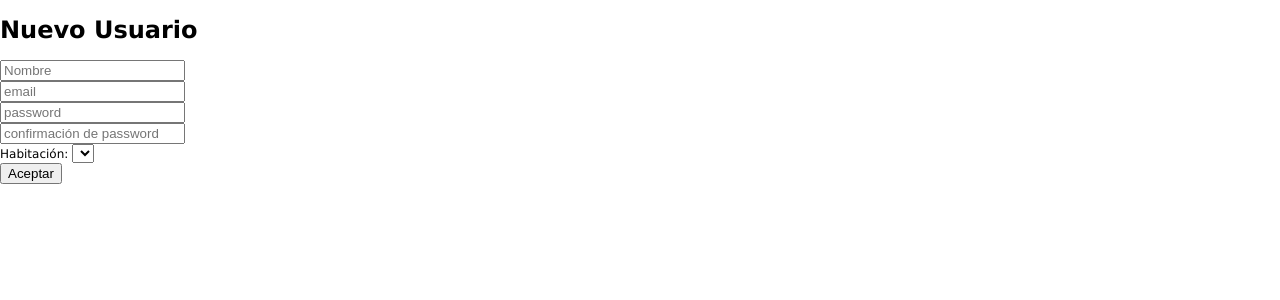
Repository: anagut/java-web
Page: http://localhost/HelloLogin/nuevousuario
These files come from the project's save history. The page is drawn as it stood at one moment and after the next save; the edit follows.
The browser window is 1280 px wide. The pictures show the whole page.
The page is served by Tomcat 9. Other server files are loaded and not shown.

Above is the page before, as saved 2018-11-15 13:50:19.

### HelloLogin/WebContent/nuevousuario.jsp
<%@ taglib uri="http://java.sun.com/jsp/jstl/core" prefix="c" %>

<%@ page language="java" contentType="text/html; charset=UTF-8"
    pageEncoding="UTF-8"%>
<!DOCTYPE html>
<html>
<head>
<meta charset="UTF-8">
<title>Nuevo Usuario</title>
<link rel="stylesheet" href="./css/style.css"></link>

</head>
<body>
	<h1>Nuevo Usuario</h1>
	<div class="error">${error}</div>
	<form action="" method="POST">
	<div>
	<input type="text" placeholder="Nombre" name="nombre" id="nombre" value="${newusuario.name}" required/>
	</div>
	<div>
	<input type="email" placeholder="email" name="email" id="email" value="${newusuario.email}"/>
	</div>
	<div>
	<input type="password" placeholder="password" name="password" id="password" required/>
	</div>
	<div>
	<input type="password" placeholder="confirmación de password" name="passwordconf" id="passwordconf" required/>
	</div>
		<div>
		<label for="habitacion">Habitación:</label>
		<select name="habitacion" id="habitacion">
<!-- 		Aquí irán las habitaciones -->
		<c:forEach var="unaHabitacion" items="${lasHabitaciones}">
		<li>
			<a href="./usuario?id=${unUsuario.id}">
			<div>(${unUsuario.id})</div>
			<div>${unUsuario.name}</div>
			</a>
		</li>
   		</c:forEach>
		</select>
	</div>

	<div><button>Aceptar</button></div>
	</form>


</body>
</html>

### HelloLogin/src/com/ana/controllers/NuevoUsuarioServlet.java
package com.ana.controllers;

import java.io.IOException;
import java.util.ArrayList;

import javax.servlet.ServletException;
import javax.servlet.annotation.WebServlet;
import javax.servlet.http.HttpServlet;
import javax.servlet.http.HttpServletRequest;
import javax.servlet.http.HttpServletResponse;

import com.ana.database.BBDD;
import com.ana.models.Habitacion;
import com.ana.models.Usuario;

/**
 * Servlet implementation class NuevosUsuariosServlet
 */
@WebServlet("/nuevousuario")
public class NuevoUsuarioServlet extends HttpServlet {
	private static final long serialVersionUID = 1L;

    /**
     * @see HttpServlet#HttpServlet()
     */
    public NuevoUsuarioServlet() {
        super();
        // TODO Auto-generated constructor stub
    }

	/**
	 * @see HttpServlet#doGet(HttpServletRequest request, HttpServletResponse response)
	 */
	protected void doGet(HttpServletRequest request, HttpServletResponse response) throws ServletException, IOException {

		ArrayList<Habitacion> habitaciones = BBDD.getInstance().habitaciones;

		request.setAttribute("lasHabitaciones", habitaciones);

		request.getRequestDispatcher("./nuevousuario.jsp").forward(request, response);

	}
	protected void doPost(HttpServletRequest request, HttpServletResponse response) throws ServletException, IOException {

		String nombrerecibido = request.getParameter("nombre");
		String emailrecibido = request.getParameter("email");
		String passwordrecibido = request.getParameter("password");
		String passwordconfrecibido = request.getParameter("passwordconf");

		System.out.println("Nombre:"+nombrerecibido);
		System.out.println("Email:"+emailrecibido);
		System.out.println("Password:"+passwordrecibido);
		System.out.println("Password:"+passwordconfrecibido);


//		if (emailrecibido!=null && !emailrecibido.equals("") && emailrecibido.indexOf("@")>0) {
//			//continuar e introducir al usuario en bbdd
//		}else {
//			request.setAttribute("error", "Datos incorrectos");
//			request.setAttribute("emailrec", emailrecibido);
//			this.doGet(request, response);
//		}

		Usuario nuevoUser = new Usuario(0, nombrerecibido, emailrecibido, passwordrecibido, null);

		if (nuevoUser.esValido(passwordconfrecibido)) {
			//continuar e introducir al usuario en bbdd
			BBDD db = BBDD.getInstance();
			db.insertUsuario(nuevoUser);

			response.sendRedirect("listausuarios");

		}else {
			request.setAttribute("error", "Datos incorrectos");
			request.setAttribute("newusuario", nuevoUser);
			this.doGet(request, response);

		}
	}

}

### HelloLogin/src/com/ana/database/BBDD.java
package com.ana.database;

import java.util.ArrayList;

import com.ana.models.Habitacion;
import com.ana.models.Usuario;

public class BBDD {

	private static BBDD instance=null;

	public ArrayList<Usuario> usuarios = new ArrayList<Usuario>();

	public ArrayList<Habitacion> habitaciones = new ArrayList<Habitacion>();

	public static final BBDD getInstance() {
		if(instance==null) instance = new BBDD();
		return instance;
	}

	private BBDD() {
		this.fillUsuarios();
		this.fillHabitaciones();
		this.relacionarUserHab();
	}

	private boolean fillUsuarios() {
		usuarios.add(new Usuario (1, "Pepe", "p@p.es", "ppp", null));
		usuarios.add(new Usuario (2, "Luisa", "l@l.es", "lll", null));
		usuarios.add(new Usuario (3, "Mordor", "m@m.es", "mmm", null));

		return true;
	}



	private boolean fillHabitaciones() {
		habitaciones.add(new Habitacion (101, "Calle Marqués", 23, "Madrid"));
		habitaciones.add(new Habitacion (102, "Calle Pantomima", 57, "Albacete"));
		habitaciones.add(new Habitacion (103, "Calle Pijo", 12, "Murcia"));

		return true;
	}

	private boolean relacionarUserHab() {
		usuarios.get(0).setHabitacion(habitaciones.get(2));
		usuarios.get(1).setHabitacion(habitaciones.get(1));
		usuarios.get(2).setHabitacion(habitaciones.get(0));

		return true;
	}


	//Método que en función de la id me devuelve un objeto usuario concreto
	//Si no encuentra devuelve un null

	public Usuario getUsuarioById(int id) {
		Usuario usuarioADevolver = null;

		//Iteramos por cada usuario y comparamos su id con el que nos indican
		for (Usuario unUsuario: usuarios) {
			if(unUsuario.getId()==id) {
				usuarioADevolver = unUsuario;
				break;	//cuando encuentra el id, sale del bucle
			}
		}
		return usuarioADevolver;
	}

	public Habitacion getHabitacionById(int hid) {
		Habitacion habitacionADevolver = null;

		for (Habitacion unaHab: habitaciones) {
			if(unaHab.getHid()==hid) {
				habitacionADevolver = unaHab;
				break;
			}
		}
		return habitacionADevolver;
	}

	public boolean existeUsuarioPorEmailyPass(String emailrecibido, String passwordrecibido) {
		boolean existeUsuario = false;
//		for (*tipo de variable (objeto)* *variable* : *array sobre el que se busca*)
		for (Usuario unUsuario : usuarios) {
			if (unUsuario.getEmail().equals(emailrecibido) && unUsuario.getPassword().equals(passwordrecibido)) {
				existeUsuario = true;
				break;
			}
		}
		return existeUsuario;
	}

	public int insertUsuario(Usuario newUser) {
		int nuevoId=0;

		nuevoId=this.usuarios.size()+1;	//simulamos que la bd asigna un id consecutivo
		newUser.setId(nuevoId);

		this.usuarios.add(newUser);

		return nuevoId;

	}

}

### HelloLogin/src/com/ana/models/Usuario.java
package com.ana.models;

public class Usuario {
	private int id;
	private String name;
	private String email;
	private String password;
	private Habitacion habitacion;


	public Usuario(int id, String name, String email, String password, Habitacion habitacion) {
		super();
		this.id = id;
		this.name = name;
		this.email = email;
		this.password = password;
		this.habitacion = habitacion;
	}


	public String getPassword() {
		return password;
	}


	public void setPassword(String password) {
		this.password = password;
	}


	public int getId() {
		return id;
	}

	public void setId(int id) {
		this.id = id;
	}

	public String getName() {
		return name;
	}

	public void setName(String name) {
		this.name = name;
	}

	public String getEmail() {
		return email;
	}

	public void setEmail(String email) {
		this.email = email;
	}

	public Habitacion getHabitacion() {
		return habitacion;
	}

	public void setHabitacion(Habitacion habitacion) {
		this.habitacion = habitacion;
	}

//valido los campos del usuario sean correctos
	public boolean esValido(String confpassword) {
		boolean esValidx=true;

		if (this.email==null || this.email.equals("") || this.email.indexOf("@")<=0) esValidx = false;

		if (this.name==null || this.name.equals("") || this.name.matches("(.*)?[0-9](.*)?")) esValidx = false;

		if (this.password==null || this.password.equals("")) esValidx = false;

		if (!this.password.equals(confpassword)) esValidx= false;

		return esValidx;
	}





}

### HelloLogin/src/com/ana/models/Habitacion.java
package com.ana.models;

public class Habitacion {
	private int hid;
	private String calle;
	private int num;
	private String ciudad;


	public Habitacion(int hid, String calle, int num, String ciudad) {
		super();
		this.hid = hid;
		this.calle = calle;
		this.num = num;
		this.ciudad = ciudad;
	}


	public int getHid() {
		return hid;
	}


	public void setHid(int hid) {
		this.hid = hid;
	}


	public String getCalle() {
		return calle;
	}


	public void setCalle(String calle) {
		this.calle = calle;
	}


	public int getNum() {
		return num;
	}


	public void setNum(int num) {
		this.num = num;
	}


	public String getCiudad() {
		return ciudad;
	}


	public void setCiudad(String ciudad) {
		this.ciudad = ciudad;
	}




}

### HelloLogin/WebContent/css/style.css
body{
	margin: 0;
	padding: 0;
	font-family: Verdana;
	font-size: 12px;
}

h1{
	font-size: 2em;
}

ul{
	list-style: none;
	margin: 0;
	padding: 0;
}

ul > li > a > div{
	display: inline-block;
	margin: 1em;
}

.error {
	color: red;
}

After the next save:
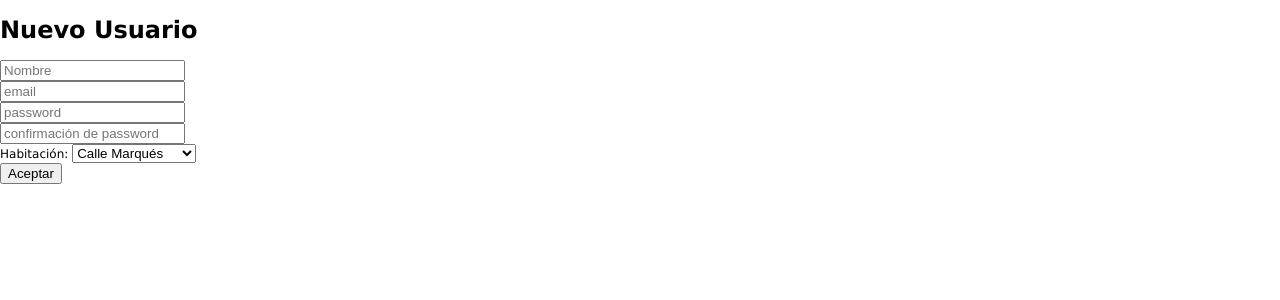
Saved 70 s later.
--- a/HelloLogin/WebContent/nuevousuario.jsp
+++ b/HelloLogin/WebContent/nuevousuario.jsp
@@ -31,12 +31,7 @@
 		<select name="habitacion" id="habitacion">
 <!-- 		Aquí irán las habitaciones -->
 		<c:forEach var="unaHabitacion" items="${lasHabitaciones}">
-		<li>
-			<a href="./usuario?id=${unUsuario.id}">
-			<div>(${unUsuario.id})</div>
-			<div>${unUsuario.name}</div>
-			</a>
-		</li>
+			<option value="idhab">${unaHabitacion.calle}</option>
    		</c:forEach>
 		</select>
 	</div>
